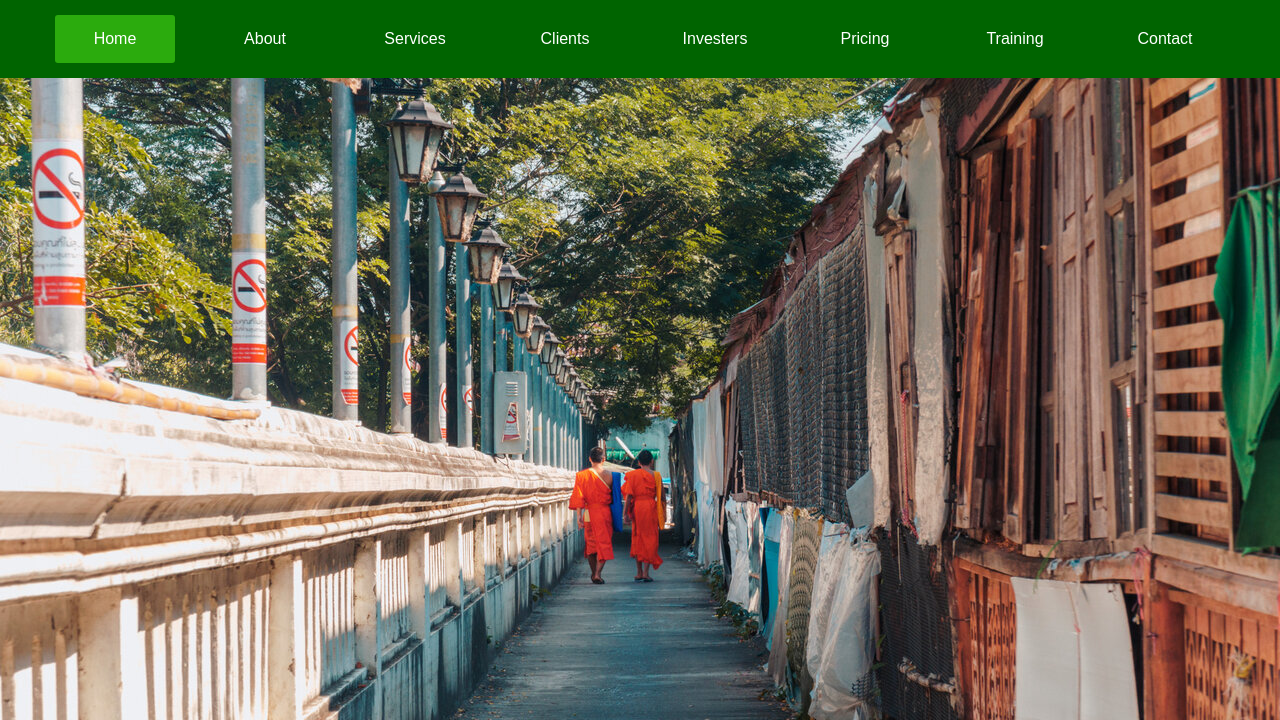
Repository: Alex-Serky/Dossier-Nav
Page: Nav-Nav/index.html
These files come from the project's save history. The page is drawn as it stood at one moment and after the next save; the edit follows.
The browser window is 1280 px wide. The pictures show the whole page.

Above is the page before, as saved 2020-02-21 02:04:24.

After the next save:
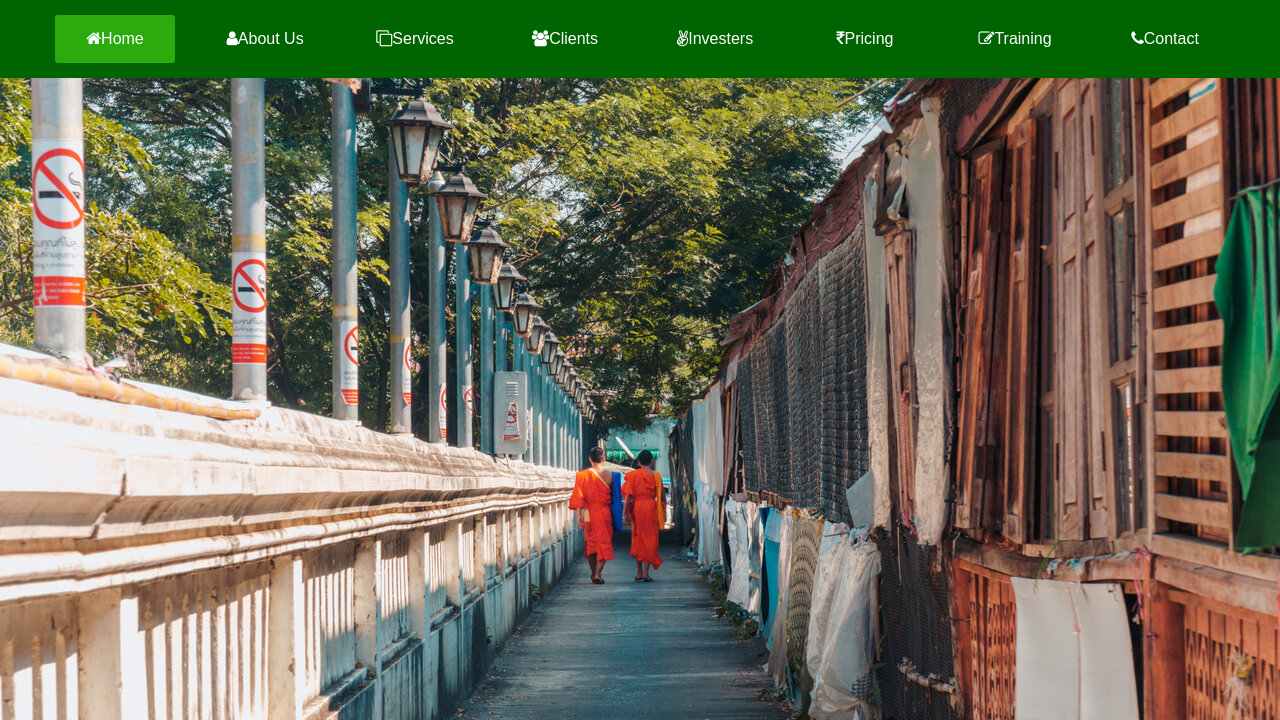
Saved 11 min 16 s later.
--- a/Nav-Nav/index.html
+++ b/Nav-Nav/index.html
@@ -5,20 +5,21 @@
     <meta charset="UTF-8">
     <meta name="viewport" content="width=device-width, initial-scale=1.0">
     <link rel="stylesheet" href="style.css">
+    <link rel="stylesheet" href="https://stackpath.bootstrapcdn.com/font-awesome/4.7.0/css/font-awesome.min.css">
     <title>Drop-down Menu design</title>
 </head>
 
 <body>
     <div class="menu-bar">
         <ul>
-            <li class="active"><a href="#">Home</a></li>
-            <li><a href="#">About</a></li>
-            <li><a href="#">Services</a></li>
-            <li><a href="#">Clients</a></li>
-            <li><a href="#">Investers</a></li>
-            <li><a href="#">Pricing</a></li>
-            <li><a href="#">Training</a></li>
-            <li><a href="#">Contact</a></li>
+            <li class="active"><a href="#"><i class="fa fa-home"></i>Home</a></li>
+            <li><a href="#"><i class="fa fa-user"></i>About Us</a></li>
+            <li><a href="#"><i class="fa fa-clone"></i>Services</a></li>
+            <li><a href="#"><i class="fa fa-users"></i>Clients</a></li>
+            <li><a href="#"><i class="fa fa-angellist"></i>Investers</a></li>
+            <li><a href="#"><i class="fa fa-inr"></i>Pricing</a></li>
+            <li><a href="#"><i class="fa fa-edit"></i>Training</a></li>
+            <li><a href="#"><i class="fa fa-phone"></i>Contact</a></li>
         </ul>
     </div>
 </body>
